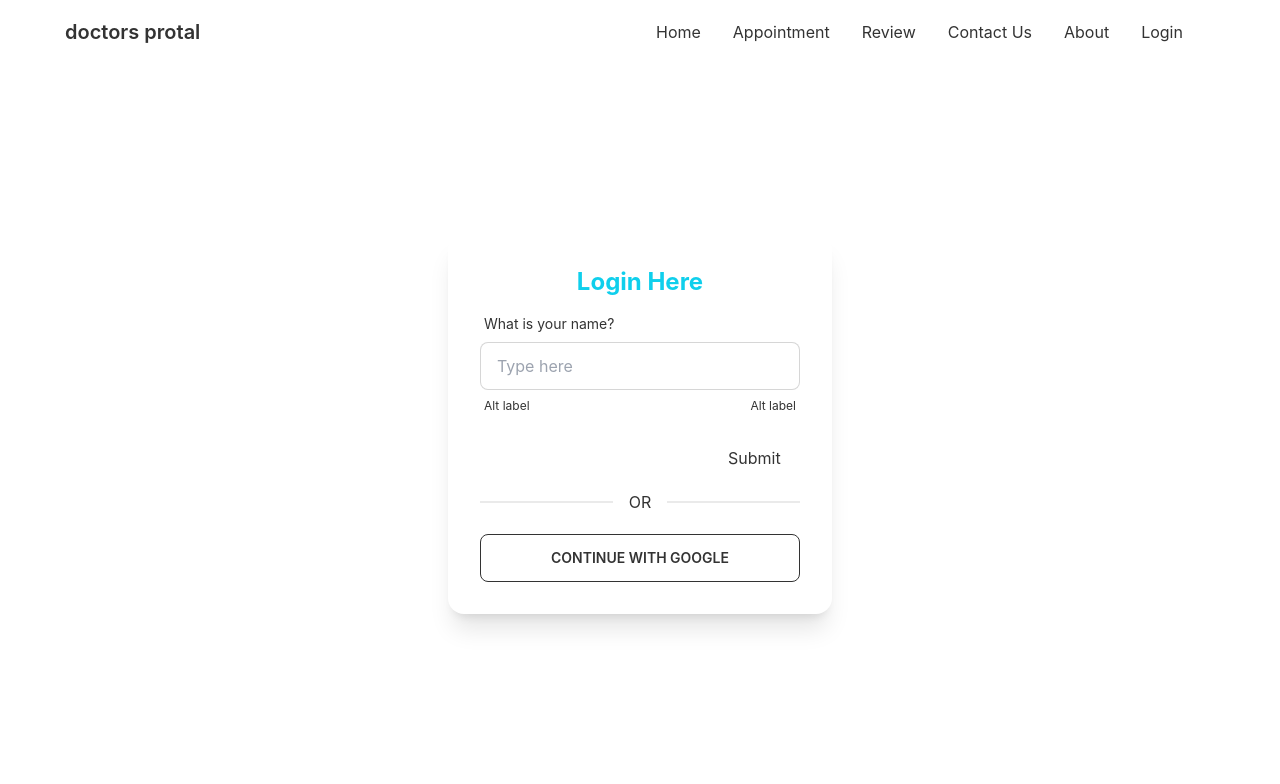
Repository: mdrubel02/doctor-protal
Page: /login
These files come from the project's save history. The page is drawn as it stood at one moment and after the next save; the edit follows.
The browser window is 1280 px wide. The pictures show the whole page.
The project was rebuilt for these pictures with package versions that can differ from the ones it lists, and the page was loaded fresh each time. Also part of the build but not shown: src/App.css, src/Pages/About/About.js, src/Pages/Shared/Footer/Footer.js, src/Pages/Appointment/AppointmentBanner.js, src/Pages/Appointment/BookingModal.js, src/Pages/Appointment/Service.js, src/Pages/Appointment/AvailableAppointment.js, src/Pages/Appointment/Appointment.js and 2 more. Imported but missing from the stored project, and not drawn on this page: src/Pages/Contact/Contact.

Above is the page before, as saved 2022-05-15 01:13:26.

### src/App.js

import { Route, Routes } from 'react-router-dom';
import './App.css';
import About from './Pages/About/About';
import Appointment from './Pages/Appointment/Appointment';
import Contact from './Pages/Contact/Contact';
import Home from './Pages/Home/Home';
import Login from './Pages/Login/Login';
import Review from './Pages/Review/Review';
import Navbar from './Pages/Shared/Navbar';

function App() {
  return (
    <div className='max-w-1xl mx-auto px-10 ' >
      <Navbar></Navbar>
      <Routes>
        <Route path='/' element={<Home/>}/>
        <Route path='/about' element={<About/>}/>
        <Route path='/appointment' element={<Appointment/>}/>
        <Route path='/review' element={<Review/>}/>
        <Route path='/contact' element={<Contact/>}/>
        <Route path='/login' element={<Login/>}/>
      </Routes>
    </div>
  );
}

export default App;

### src/Pages/Login/Login.js
import React from 'react';
import { useSignInWithGoogle } from 'react-firebase-hooks/auth';
import { auth } from '../../firebase.init'
import { useForm } from "react-hook-form";

const Login = () => {
    const [signInWithGoogle, user] = useSignInWithGoogle(auth);
    const { register, formState: { errors }, handleSubmit } = useForm();
    const onSubmit = data => {
        console.log(data)
    };

    if (user) {
        console.log(user)
    }
    return (
        <div className='flex justify-center items-center min-h-screen'>
            <div className="card w-96 bg-base-100 shadow-xl">
                <div className="card-body">
                    <h2 className="text-center text-2xl font-bold text-primary">Login Here</h2>
                    <form onSubmit={handleSubmit(onSubmit)}>

                        <div className="form-control w-full max-w-xs">
                            <label className="label">
                                <span className="label-text">What is your name?</span>

                            </label>
                            <input type="text" placeholder="Type here" className="input input-bordered w-full max-w-xs" />
                            <label className="label">
                                <span className="label-text-alt">Alt label</span>
                                <span className="label-text-alt">Alt label</span>
                            </label>
                        </div>

                        <input {...register("firstName", { required: true })} />
                        {errors.firstName?.type === 'required' && "First name is required"}

                        <input {...register("lastName", { required: true })} />
                        {errors.lastName && "Last name is required"}

                        <input type="submit" />
                    </form>
                    <div className="divider">OR</div>
                    <button onClick={() => signInWithGoogle()} className="btn btn-outline">Continue With Google</button>

                </div>
            </div>
        </div>
    );
};

export default Login;

### src/Pages/Shared/Navbar.js
import React from 'react';
import { Link } from 'react-router-dom';

const Navbar = () => {
    const menuItems = <>
        <li><Link to='/'>Home</Link></li>
        <li><Link to='/appointment'>Appointment</Link></li>
        <li><Link to='/review'>Review</Link></li>
        <li><Link to='/contact'>Contact Us</Link></li>
        <li><Link to='/about'>About</Link></li>
        <li><Link to='login'>Login</Link></li>
    </>
    return (
        <div className="navbar bg-base-100">
            <div className="navbar-start">
                <div className="dropdown">
                    <label tabindex="0" className="btn btn-ghost lg:hidden">
                        <svg xmlns="http://www.w3.org/2000/svg" className="h-5 w-5" fill="none" viewBox="0 0 24 24" stroke="currentColor"><path stroke-linecap="round" stroke-linejoin="round" stroke-width="2" d="M4 6h16M4 12h8m-8 6h16" /></svg>
                    </label>
                    <ul tabindex="0" className="menu menu-compact dropdown-content mt-3 p-2 shadow bg-base-100 rounded-box w-52">
                        {menuItems}
                    </ul>
                </div>
                <Link to='/' className="btn btn-ghost normal-case text-xl">doctors protal</Link>
            </div>
            <div className="navbar-center hidden lg:flex">
                <ul className="menu menu-horizontal p-0">
                    {menuItems}
                </ul>
            </div>

        </div>
    );
};

export default Navbar;

### src/firebase.init.js
// Import the functions you need from the SDKs you need
import { initializeApp } from "firebase/app";
import { getAuth} from "firebase/auth"
// TODO: Add SDKs for Firebase products that you want to use
// https://firebase.google.com/docs/web/setup#available-libraries

// Your web app's Firebase configuration
const firebaseConfig = {
  apiKey:process.env.REACT_APP_API_KEY,
  authDomain:process.env.REACT_APP_AUTH_DOMAIN,
  projectId:process.env.REACT_APP_PROJECT_ID,
  storageBucket:process.env.REACT_APP_STORAGE_BUCKET,
  messagingSenderId:process.env.REACT_APP_MESSAGING_SENDER_ID,
  appId: process.env.REACT_APP_APP_ID
};

// Initialize Firebase
const firebaseApp =initializeApp(firebaseConfig)

export const auth = getAuth(firebaseApp)
export default firebaseApp

### tailwind.config.js
module.exports = {
  content: ["./src/**/*.{html,js}"],
  daisyui: {
    themes: [
      {
        mytheme: {
          primary: "#0FCFEC",
          secondary: "#19D3AE",
          accent: "#3A4256",
          neutral: "#3d4451",
          "base-100": "#ffffff",
        },
      },
      "dark",
      "cupcake",
    ],
  },
  plugins: [require("daisyui")],
}

Loaded but not shown: public/index.html (common file); src/index.js (common file); src/index.css (common file); src/reportWebVitals.js (common file)

After the next save:
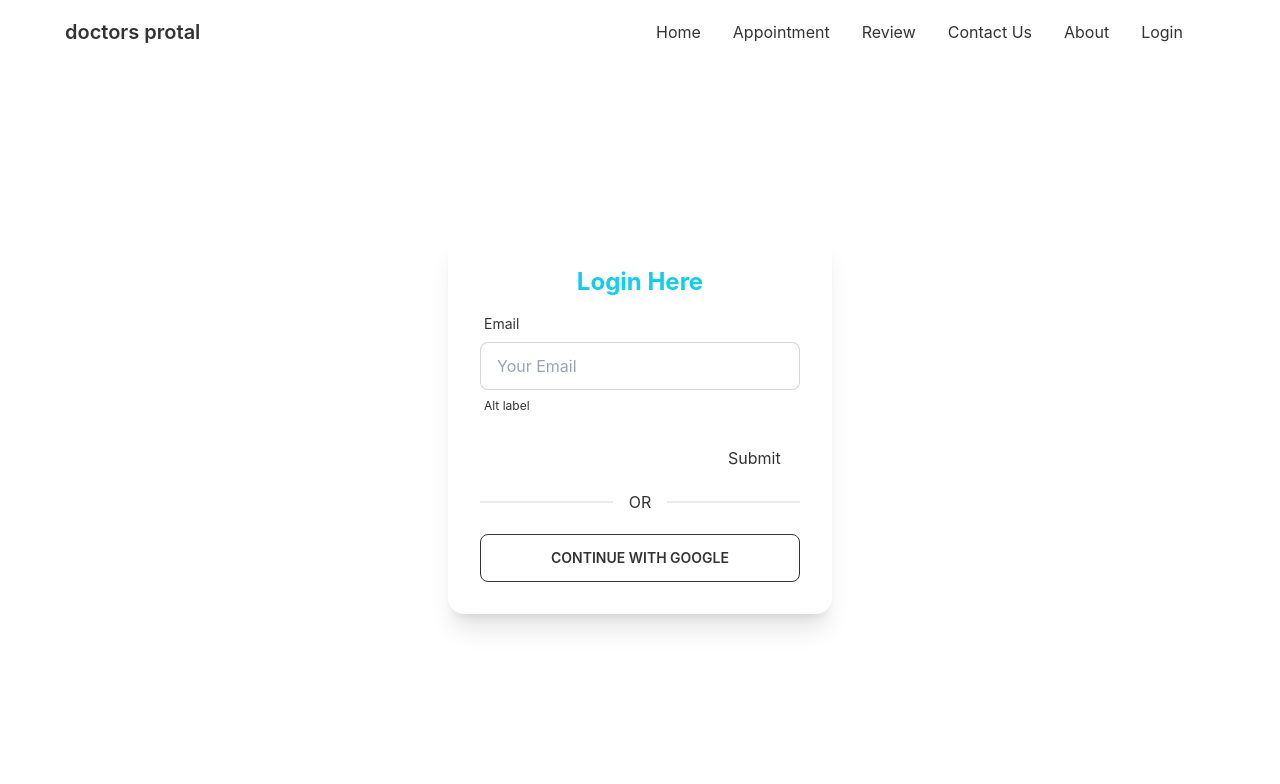
Saved 2 min 21 s later.
--- a/src/Pages/Login/Login.js
+++ b/src/Pages/Login/Login.js
@@ -22,12 +22,13 @@ const Login = () => {
 
                         <div className="form-control w-full max-w-xs">
                             <label className="label">
-                                <span className="label-text">What is your name?</span>
+                                <span className="label-text">Email</span>
 
                             </label>
-                            <input type="text" placeholder="Type here" className="input input-bordered w-full max-w-xs" />
+                            <input type="email"
+                            placeholder="Your Email"
+                            className="input input-bordered w-full max-w-xs" />
                             <label className="label">
-                                <span className="label-text-alt">Alt label</span>
                                 <span className="label-text-alt">Alt label</span>
                             </label>
                         </div>
